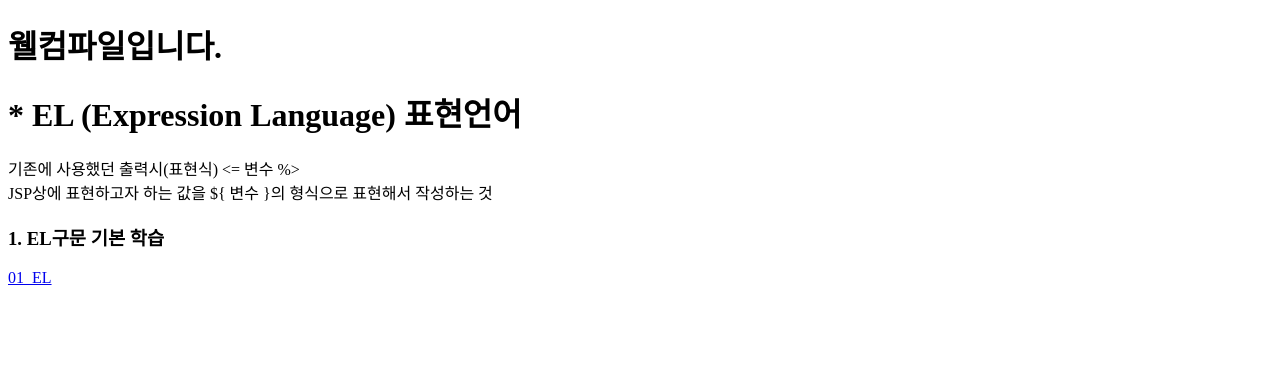
Repository: judeyong/myWebWorkSpace2
Page: http://localhost/Action_Project/
An editor plug-in stored every save of this project. The page is shown before and after the next save, followed by the edit.
The browser window is 1280 px wide. The pictures show the whole page.
The page is served by Tomcat 9.

Above is the page before, as saved 2024-04-03 01:48:42.

After the next save:
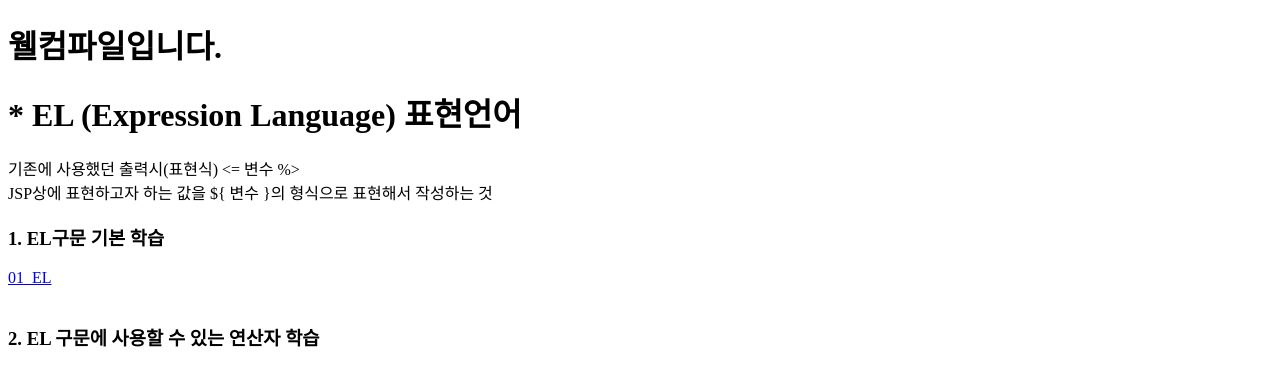
Saved 101 s later.
--- a/Action_Project/WebContent/index.jsp
+++ b/Action_Project/WebContent/index.jsp
@@ -18,6 +18,10 @@
 
 	<h3>1. EL구문 기본 학습</h3>
 	<a href="/action/el.do">01_EL</a>
+	<br><br>
+
+	<h3>2. EL 구문에 사용할 수 있는 연산자 학습</h3>
+
 
 </body>
 </html>
